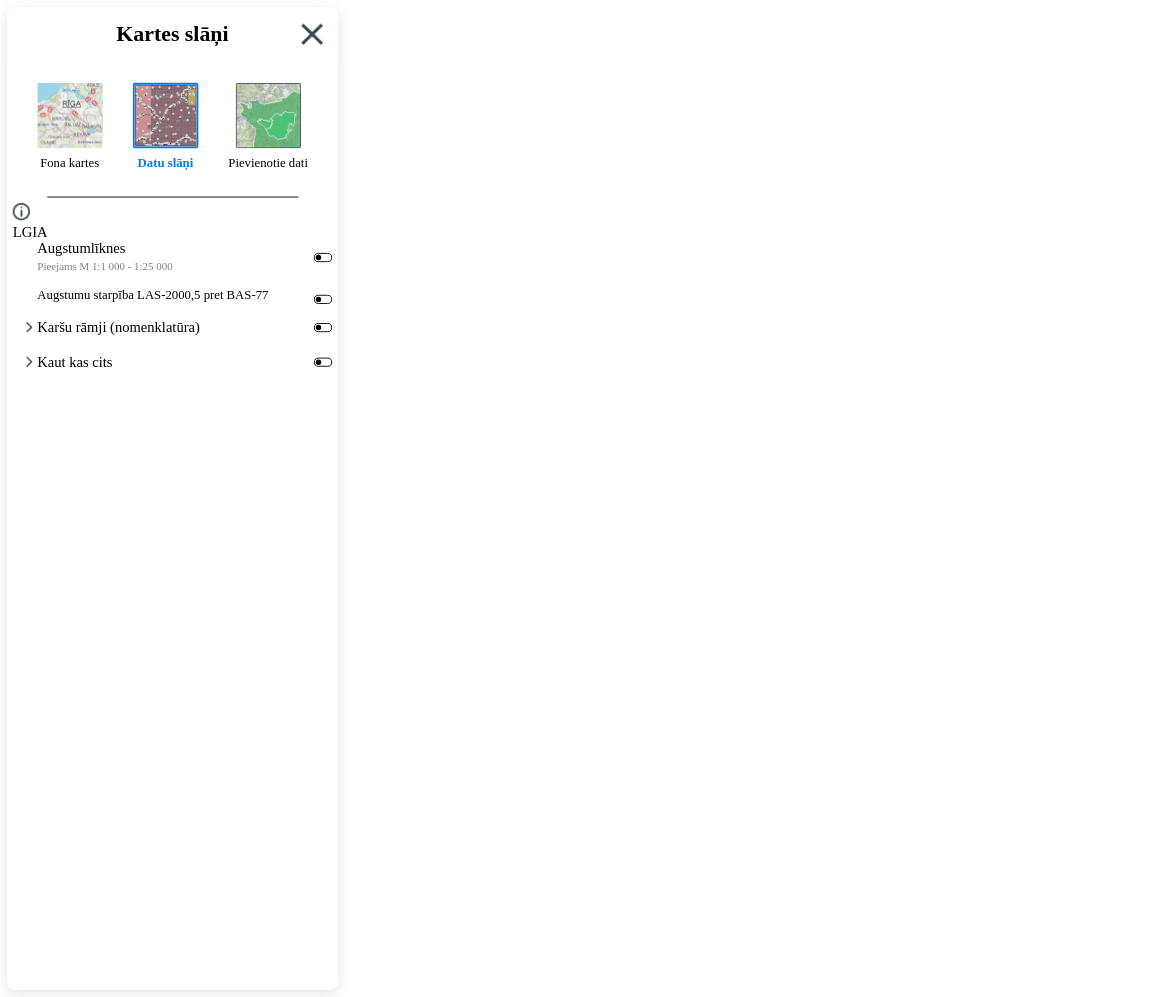
Repository: Kringelis/KP_kar-usl-i
Page: /, after clicking the first element matching `div.sidebar-tabs > :nth-child(2)`
The author's editor kept a copy of each file at every save. The page is drawn from the files as they stood at one save, then again after the next save.
The browser window is 1280 px wide. The pictures show the whole page, at 91% of full size.
The project was rebuilt for these pictures with package versions that can differ from the ones it lists, and the page was loaded fresh each time. Also part of the build but not shown: src/components/FonaKartes.scss, src/components/PievienotieDati.scss, src/components/PievienotieDati.jsx, src/App.scss.

Above is the page before, as saved 2024-06-21 08:30:39.

### public/index.html
<!DOCTYPE html>
<html lang="en">
  <head>
    <link
      rel="stylesheet"
      href="https://fonts.googleapis.com/css2?family=Inter:wght@400;500;700&display=swap"
    />

    <meta charset="UTF-8" />
    <meta name="viewport" content="width=device-width, initial-scale=1.0" />
    <title>React App</title>
  </head>
  <body>
    <noscript>You need to enable JavaScript to run this app.</noscript>
    <div id="root"></div>
  </body>
</html>

### src/App.js
import React from "react";
import Sidebar from "./components/Sidebar";
import "./App.scss";

function App() {
  return (
    <div className="App">
      <header className="App-header">
        <Sidebar />
      </header>
    </div>
  );
}

export default App;

### src/components/Sidebar.jsx
import React, { useState } from "react";
import FonaKartes from "./FonaKartes";
import DatuSlani from "./DatuSlani";
import PievienotieDati from "./PievienotieDati";
import "./Sidebar.scss";

import pirmais from "./pirmais.png";
import otrais from "./otrais.png";
import tresais from "./tresais.png";
import close from "./close.png";

const Sidebar = () => {
  const [activeSection, setActiveSection] = useState("FonaKartes");

  return (
    <div className="sidebar">
      <div className="sidebar-header">
        <div className="sidebar-title">Kartes slāņi</div>
        <img src={close} alt="Close" className="close-icon" />
      </div>
      <div className="sidebar-tabs">
        <div
          className={`tab ${activeSection === "FonaKartes" ? "active" : ""}`}
          onClick={() => setActiveSection("FonaKartes")}
        >
          <img src={pirmais} alt="Fona kartes" className="tab-square" />
          <div className="tab-text">Fona kartes</div>
        </div>
        <div
          className={`tab ${activeSection === "DatuSlani" ? "active" : ""}`}
          onClick={() => setActiveSection("DatuSlani")}
        >
          <img src={otrais} alt="Datu slāņi" className="tab-square" />
          <div className="tab-text">Datu slāņi</div>
        </div>
        <div
          className={`tab ${
            activeSection === "PievienotieDati" ? "active" : ""
          }`}
          onClick={() => setActiveSection("PievienotieDati")}
        >
          <img src={tresais} alt="Pievienotie dati" className="tab-square" />
          <div className="tab-text">Pievienotie dati</div>
        </div>
      </div>
      <div className="dividing-line"></div>{" "}
      {/* Added horizontal dividing line */}
      <div className="sidebar-content">
        {activeSection === "FonaKartes" && <FonaKartes />}
        {activeSection === "DatuSlani" && <DatuSlani />}
        {activeSection === "PievienotieDati" && <PievienotieDati />}
      </div>
    </div>
  );
};

export default Sidebar;

### src/components/FonaKartes.jsx
import React, { useState } from "react";
import "./FonaKartes.scss";
import copy from "./copyright.png";
import one from "./Rectangle 4.png";
import two from "./Rectangle 4(1).png";
import three from "./Rectangle 4(2).png";
import four from "./Rectangle 4(3).png";

import six from "./Rectangle 4(5).png";
import seven from "./Rectangle 4(6).png";
import eight from "./Rectangle 4(7).png";
import nine from "./Rectangle 4(8).png";

// šobrīd thumbnaili ir ņemti no Figma, vēlāk tiks izmantots arc thumbnail

const FonaKartes = () => {
  const [activeItem, setActiveItem] = useState(null);
  const [sliderValues, setSliderValues] = useState({});

  const items = [
    {
      id: 1,
      title: "Pārskata (topogrāfiskā) karte",
      subtitle: "Tradicionālā tipogrāfijas versija",
      image: one,
      tooltip: "LĢIA",
    },
    {
      id: 2,
      title: "Topogrāfiskā karte ar reljefu",
      subtitle: "WEB versija kombinācijā ar DTM",
      image: two,
      tooltip: "LĢIA",
    },
    {
      id: 3,
      title: "Kombinētā fona karte",
      subtitle: "Dažādas detalitātes fona karte",
      image: three,
      tooltip: "LĢIA",
    },
    {
      id: 4,
      title: "Melnbaltā fona karte",
      subtitle: "Dažādas detalitātes fona karte",
      image: four,
      tooltip: "LĢIA",
    },
    {
      id: 5,
      title: "Ortofoto karte",
      subtitle: "6., 7. un 8. cikla jaunāko datu pārklājums",
      image: nine,
      tooltip: "LĢIA",
    },
    {
      id: 6,
      title: "Digitālais reljefa modelis",
      subtitle: "LIDAR 2013. - 2021.g. (40 cm)",
      image: six,
      tooltip: "LĢIA",
    },
    {
      id: 7,
      title: "Digitālais reljefa modelis ar horizontālēm",
      subtitle: "LIDAR 2013. - 2021.g. (40 cm)",
      image: seven,
      tooltip: "LĢIA",
    },
    {
      id: 8,
      title: "Digitālais virsmas modelis",
      subtitle: "LIDAR 2013. - 2021.g. (40 cm)",
      image: seven,
      tooltip: "LĢIA",
    },
    {
      id: 9,
      title: "Vēsturiskā topogrāfiskā karte mērogā 1: 75 000",
      subtitle: "No 1921. līdz 1940. gadam",
      image: eight,
      tooltip: "LĢIA",
    },
  ];

  const handleItemClick = (id) => {
    setActiveItem(id);
    if (!sliderValues.hasOwnProperty(id)) {
      setSliderValues((prevValues) => ({
        ...prevValues,
        [id]: 50,
      }));
    }
  };

  const handleSliderChange = (id, value) => {
    setSliderValues((prevValues) => ({
      ...prevValues,
      [id]: value,
    }));
  };

  return (
    <div className="fona-kartes">
      {items.map((item) => (
        <div
          key={item.id}
          className={`fona-kartes-item ${
            activeItem === item.id ? "active" : ""
          }`}
          onClick={() => handleItemClick(item.id)}
        >
          <div className="icon-container">
            <img
              src={copy}
              alt="info"
              className="info-icon"
              onClick={(e) => e.stopPropagation()}
            />
            <div className="tooltip">{item.tooltip}</div>
          </div>
          <div className="item-square">
            <img src={item.image} alt={`Kartes ikona`} />
          </div>
          <div className="item-text">
            <div className="item-title">{item.title}</div>
            <div className="item-subtitle">{item.subtitle}</div>
            {activeItem === item.id && (
              <div className="slider-container">
                <div
                  className="hollow-square"
                  onClick={(e) => {
                    e.stopPropagation();
                    handleSliderChange(item.id, 0);
                  }}
                ></div>
                <input
                  type="range"
                  className="item-slider"
                  value={sliderValues[item.id] || 0}
                  onChange={(e) =>
                    handleSliderChange(item.id, parseInt(e.target.value))
                  }
                />
                <div
                  className="black-square"
                  onClick={(e) => {
                    e.stopPropagation();
                    handleSliderChange(item.id, 100);
                  }}
                ></div>
              </div>
            )}
          </div>
        </div>
      ))}
    </div>
  );
};

export default FonaKartes;

### src/components/DatuSlani.jsx
import React, { useState, useEffect } from "react";
import "./DatuSlani.scss";
import Arrow from "./Vector.png";
import copy from "./copyright.png";

const DatuSlani = () => {
  const [toggleStates, setToggleStates] = useState({
    augstumliknes: false,
    las2000: false,
    "Karšu rāmji": false,
    "1:50 000 TKS-93": false,
    "1:100 000 TKS-93": false,
    "1:10 000 TKS-93": false,
    "1:5 000 TKS-93": false,
    "1:2 000 TKS-93": false,
    "1:50 000 UTM": false,
    "1:10 000 UTM": false,
  });

  const [accordionOpen1, setAccordionOpen1] = useState(false);
  const [accordionOpen2, setAccordionOpen2] = useState(false);
  const [selectAll, setSelectAll] = useState(false);

  useEffect(() => {
    const keys = [
      "1:50 000 TKS-93",
      "1:100 000 TKS-93",
      "1:10 000 TKS-93",
      "1:5 000 TKS-93",
      "1:2 000 TKS-93",
      "1:50 000 UTM",
      "1:10 000 UTM",
    ];
    const allSelected = keys.every((key) => toggleStates[key]);
    setSelectAll(allSelected);
  }, [toggleStates]);

  const handleToggle = (key) => {
    setToggleStates((prevState) => ({
      ...prevState,
      [key]: !prevState[key],
    }));
  };

  const handleAccordionClick1 = () => {
    setAccordionOpen1(!accordionOpen1);
    if (accordionOpen2) {
      setAccordionOpen2(false);
    }
  };

  const handleAccordionClick2 = () => {
    setAccordionOpen2(!accordionOpen2);
    if (accordionOpen1) {
      setAccordionOpen1(false);
    }
  };

  const handleSelectAll = () => {
    const keys = [
      "1:50 000 TKS-93",
      "1:100 000 TKS-93",
      "1:10 000 TKS-93",
      "1:5 000 TKS-93",
      "1:2 000 TKS-93",
      "1:50 000 UTM",
      "1:10 000 UTM",
    ];
    const newToggleStates = { ...toggleStates };
    keys.forEach((key) => {
      newToggleStates[key] = !selectAll;
    });
    setToggleStates(newToggleStates);
  };

  return (
    <div className="datu-slani">
      <div className="icon-container">
        <img
          src={copy}
          alt="info"
          className="info-icon"
          onClick={(e) => e.stopPropagation()}
        />
        <div className="tooltip">LGIA</div>
      </div>
      <div className="section-toggle">
        <div>
          <div className="section-title">Augstumlīknes</div>
          <div className="section-subtitle">Pieejams M 1:1 000 - 1:25 000</div>
        </div>
        <label className="toggle-switch">
          <input
            type="checkbox"
            checked={toggleStates.augstumliknes}
            onChange={() => handleToggle("augstumliknes")}
          />
          <span className="slider"></span>
        </label>
      </div>
      <div className="sub-section">
        <div className="sub-title">
          Augstumu starpība LAS-2000,5 pret BAS-77
        </div>
        <label className="toggle-switch">
          <input
            type="checkbox"
            checked={toggleStates.las2000}
            onChange={() => handleToggle("las2000")}
          />
          <span className="slider"></span>
        </label>
      </div>
      <div className="accordion">
        <div className="accordion-title" onClick={handleAccordionClick1}>
          <div className="accordion-left">
            <img
              className={`accordion-icon ${accordionOpen1 ? "open" : ""}`}
              src={Arrow}
              alt="V"
            />
            <span className="accordion-text">Karšu rāmji (nomenklatūra)</span>
          </div>
          <label className="toggle-switch">
            <input
              type="checkbox"
              checked={toggleStates["Karšu rāmji"]}
              onChange={() => handleToggle("Karšu rāmji")}
            />
            <span className="slider"></span>
          </label>
        </div>
        {accordionOpen1 && (
          <div className="accordion-content">
            <div className="select-all">
              <label>
                <input
                  type="checkbox"
                  checked={selectAll}
                  onChange={handleSelectAll}
                />
                <span className="select-all-text">Rādīt visu</span>
              </label>
            </div>
            {[
              "1:50 000 TKS-93",
              "1:100 000 TKS-93",
              "1:10 000 TKS-93",
              "1:5 000 TKS-93",
              "1:2 000 TKS-93",
              "1:50 000 UTM",
              "1:10 000 UTM",
            ].map((item) => (
              <div key={item} className="toggle-item">
                <div>{item}</div>
                <label className="toggle-switch">
                  <input
                    type="checkbox"
                    checked={toggleStates[item]}
                    onChange={() => handleToggle(item)}
                  />
                  <span className="slider"></span>
                </label>
              </div>
            ))}
          </div>
        )}
      </div>
      <div className="accordion">
        <div className="accordion-title" onClick={handleAccordionClick2}>
          <div className="accordion-left">
            <img
              className={`accordion-icon ${accordionOpen2 ? "open" : ""}`}
              src={Arrow}
              alt="V"
            />
            <span className="accordion-text">Kaut kas cits</span>
          </div>
          <label className="toggle-switch">
            <input
              type="checkbox"
              checked={toggleStates.kautKasCits}
              onChange={() => handleToggle("kautKasCits")}
            />
            <span className="slider"></span>
          </label>
        </div>
        {accordionOpen2 && (
          <div className="accordion-content">
            {[
              "1:50 000 TKS-93",
              "1:100 000 TKS-93",
              "1:10 000 TKS-93",
              "1:5 000 TKS-93",
              "1:2 000 TKS-93",
              "1:50 000 UTM",
              "1:10 000 UTM",
            ].map((item) => (
              <div key={item} className="toggle-item">
                <div>{item}</div>
                <label className="toggle-switch">
                  <input
                    type="checkbox"
                    checked={toggleStates[item]}
                    onChange={() => handleToggle(item)}
                  />
                  <span className="slider"></span>
                </label>
              </div>
            ))}
          </div>
        )}
      </div>
    </div>
  );
};

export default DatuSlani;

### src/components/Sidebar.scss
.sidebar {
  width: 363px;
  height: 1080px;
  background-color: #ffffff;
  box-shadow: 0px 4px 16px rgba(0, 0, 0, 0.1);
  border-radius: 8px;
  overflow: hidden;
  position: relative;

  .sidebar-header {
    display: flex;
    justify-content: center;
    align-items: center;
    padding: 16px;
    background-color: #ffffff;
    position: relative;

    .sidebar-title {
      font-size: 24px;
      font-weight: bold;
      color: #000000;
    }
    &.active {
      color: #007bff;
    }

    .close-icon {
      width: 24px;
      height: 24px;
      cursor: pointer;
      position: absolute;
      right: 16px;
    }
  }

  .sidebar-tabs {
    display: flex;
    justify-content: space-around;
    padding: 16px;

    .tab {
      display: flex;
      flex-direction: column;
      align-items: center;
      font-size: 14px;
      color: #000000;
      cursor: pointer;
      padding: 8px 0;

      border-radius: 10%;
      transition: background-color 0.3s ease, color 0.3s ease;

      &.active {
        .tab-square {
          border: 2px solid #007bff;
          box-sizing: border-box;
          border-radius: 3%;
        }
        .tab-text {
          color: #007bff;
          font-weight: bold;
        }
      }

      &:hover {
        background-color: #f8f9fa;
      }

      .tab-square {
        width: 72px;
        height: 72px;
        margin-bottom: 8px;
        display: flex;
        border-radius: 3%;
        justify-content: center;
        align-items: center;
        box-sizing: border-box;
      }

      .tab-image {
        width: 100%;
        height: 100%;
        object-fit: cover;
      }

      .tab-text {
        text-align: center;
      }
    }
  }

  .sidebar-content {
    padding: 6px;
  }

  .dividing-line {
    width: 276px;
    height: 1px;
    background-color: #000;
    margin: 0 auto;
    margin-top: 5px;
  }
}

### src/components/DatuSlani.scss
.datu-slani {
  .section-title {
    font-size: 16px;
    margin-left: 15px;
    margin-bottom: 4px;
  }

  .section-subtitle {
    font-size: 12px;
    color: gray;
    margin-left: 15px;
  }

  .sub-section {
    margin-left: 15px;
    margin-top: 16px;
    display: flex;
    align-items: center;
    justify-content: space-between;
    margin-left: 12px;
  }

  .sub-title {
    font-size: 14px;
    margin-left: 15px;
    margin-bottom: 8px;
  }

  .toggle-switch {
    position: relative;
    display: inline-block;
    width: 20px;
    height: 10px;
    margin-left: 8px;
    vertical-align: middle;

    input {
      opacity: 0;
      width: 0;
      height: 0;
    }
    .tooltip {
      visibility: hidden;
      position: absolute;
      top: -40px;
      left: 50%;
      transform: translateX(-50%);
      background-color: #fff;
      color: #000;
      padding: 5px;
      box-shadow: 0px 4px 8px rgba(0, 0, 0, 0.1);
      border-radius: 3px;
      font-size: 12px;
      white-space: nowrap;
      z-index: 1;
      opacity: 0;
      transition: opacity 0.3s, box-shadow 0.3s;
      text-align: center;

      &::after {
        content: "";
        position: absolute;
        bottom: -5px;
        left: 50%;
        transform: translateX(-50%);
        width: 0;
        height: 0;
        border-left: 5px solid transparent;
        border-right: 5px solid transparent;
        border-top: 5px solid #fff;
        box-shadow: 0px 4px 8px rgba(0, 0, 0, 0.1);
      }
    }
    .slider {
      position: absolute;
      cursor: pointer;
      top: 0;
      left: 0;
      right: 0;
      bottom: 0;
      background-color: white;
      transition: 0.4s;
      border-radius: 34px;
      border: 1px solid black;

      &:before {
        content: "";
        position: absolute;
        height: 6px;
        width: 6px;
        background-color: black;
        transition: 0.4s;
        border-radius: 50%;
        left: 1px;
        bottom: 1px;
        right: 100%;
        margin: auto;
      }
    }

    input:checked + .slider {
      background-color: #007bff;
      border-color: transparent;
    }

    input:checked + .slider:before {
      transform: translateX(10px);
      background-color: white;
    }
  }

  .toggle-item {
    display: flex;
    align-items: center;
    justify-content: space-between;
    margin-top: 8px;
  }

  .accordion-title {
    display: flex;
    align-items: center;
    justify-content: space-between;
    cursor: pointer;
    padding: 10px 0;
    margin-left: 15px;

    .accordion-left {
      display: flex;
      align-items: center;
    }

    .accordion-text {
      margin-right: auto;
    }
  }

  .accordion-icon {
    transition: transform 0.3s ease;
    margin-right: 5px;
  }

  .accordion-icon.open {
    transform: rotate(90deg);
  }

  .accordion-content {
    padding-left: 20px;
    margin-left: 15px;
  }

  .section-toggle {
    display: flex;
    align-items: center;
    justify-content: space-between;
    margin-left: 12px;
  }

  .select-all {
    margin-bottom: 8px;
  }

  .select-all-text {
    margin-left: 4px;
  }
}

Loaded but not shown: src/index.js (common file); src/reportWebVitals.js (common file); src/index.css (no stored copy; drawn as an empty file)

After the next save:
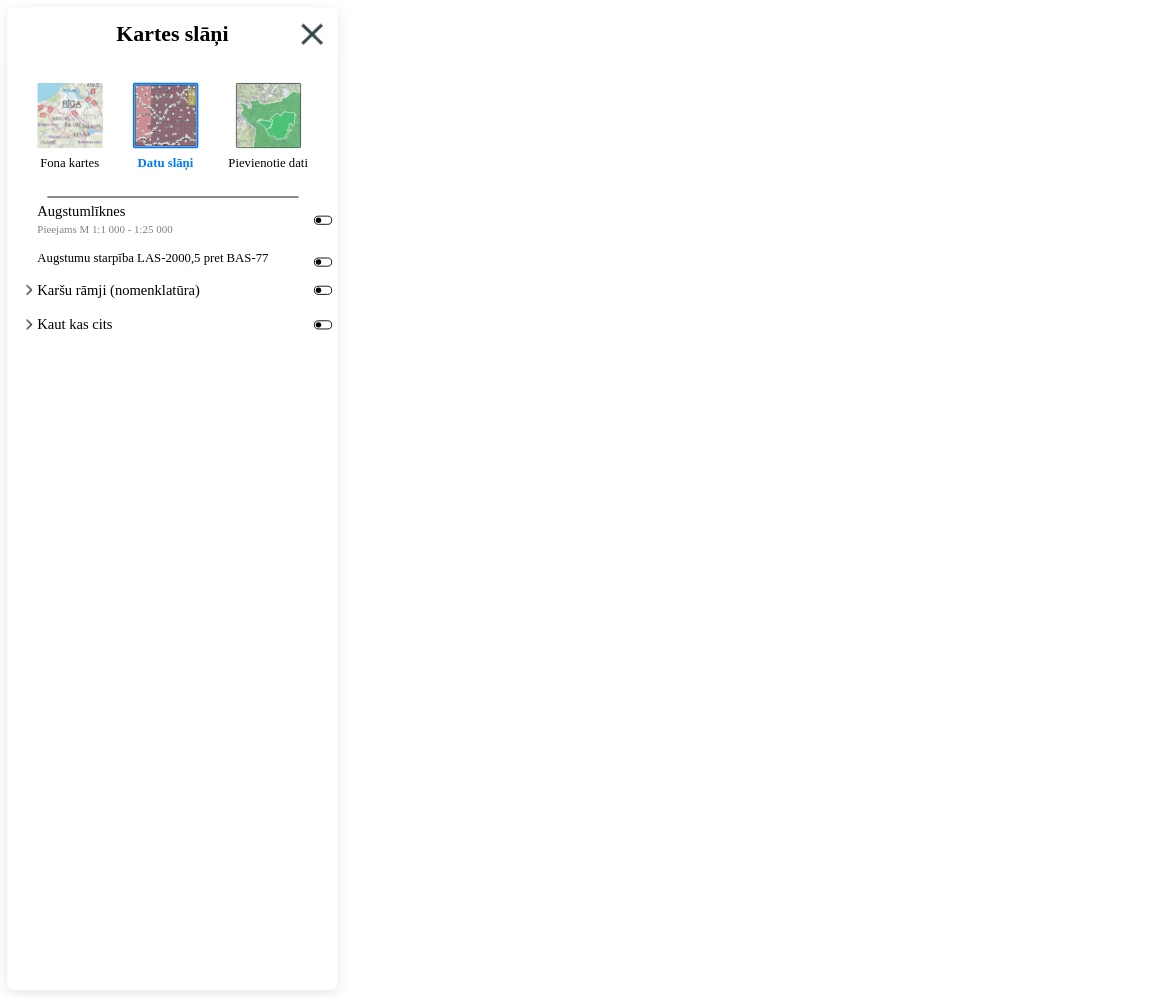
Saved 35 s later.
--- a/src/components/DatuSlani.jsx
+++ b/src/components/DatuSlani.jsx
@@ -75,15 +75,6 @@ const DatuSlani = () => {
 
   return (
     <div className="datu-slani">
-      <div className="icon-container">
-        <img
-          src={copy}
-          alt="info"
-          className="info-icon"
-          onClick={(e) => e.stopPropagation()}
-        />
-        <div className="tooltip">LGIA</div>
-      </div>
       <div className="section-toggle">
         <div>
           <div className="section-title">Augstumlīknes</div>
